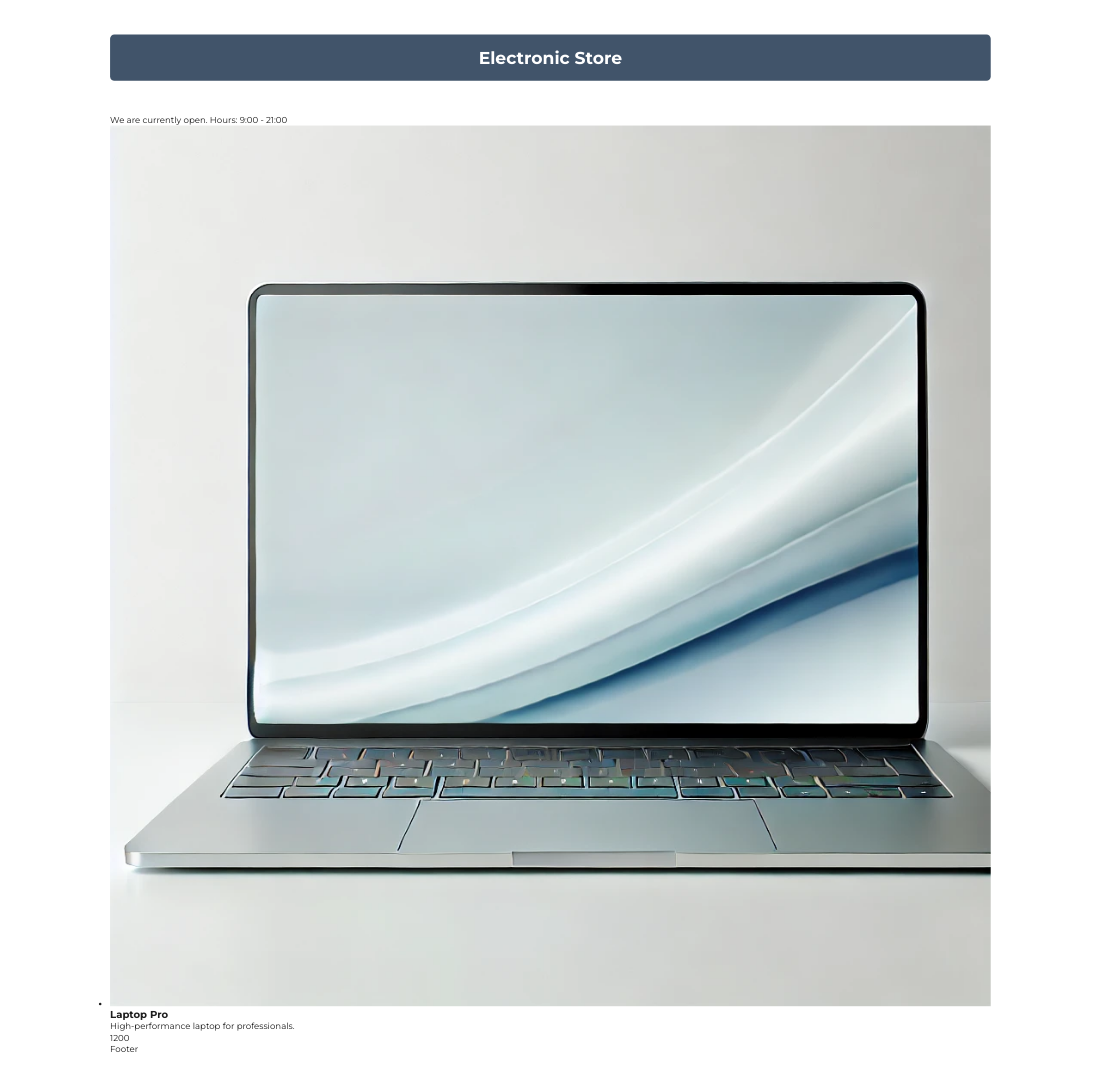
Repository: Lithium87/e-Strore
Page: /
An editor plug-in stored every save of this project. The page is shown before and after the next save, followed by the edit.
The browser window is 1280 px wide. The pictures show the whole page, at 86% of full size.
The project was rebuilt for these pictures with package versions that can differ from the ones it lists, and the page was loaded fresh each time. Also part of the build but not shown: vite.config.js.

Above is the page before, as saved 2025-07-05 16:20:06.

After the next save:
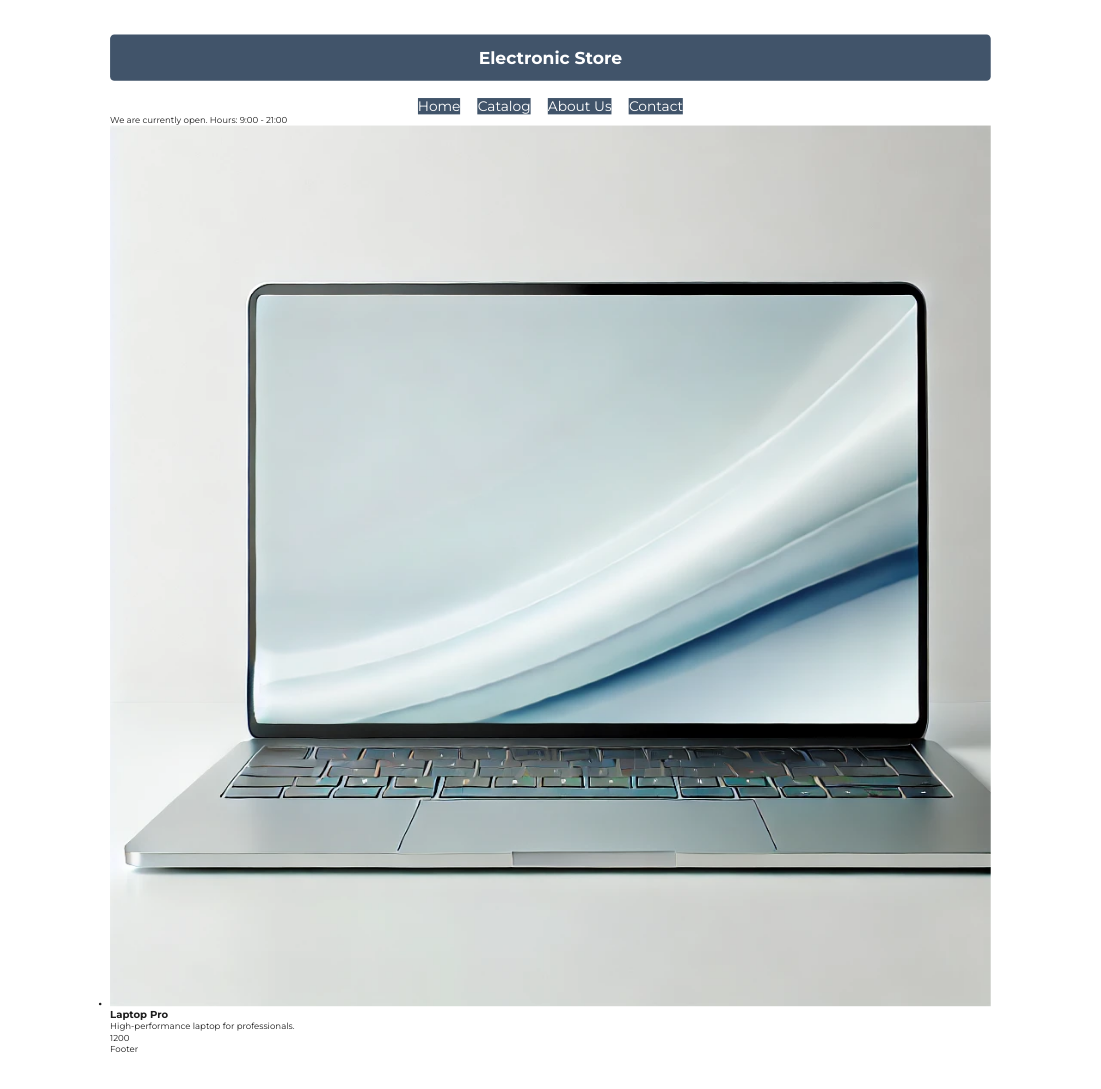
Saved 2 min 14 s later.
--- a/src/index.css
+++ b/src/index.css
@@ -59,6 +59,7 @@ body {
 }
 
 .nav a {
+  background-color: #41546a;
   color: #ffffff;
   text-decoration: none;
   font-size: 1.6rem;
